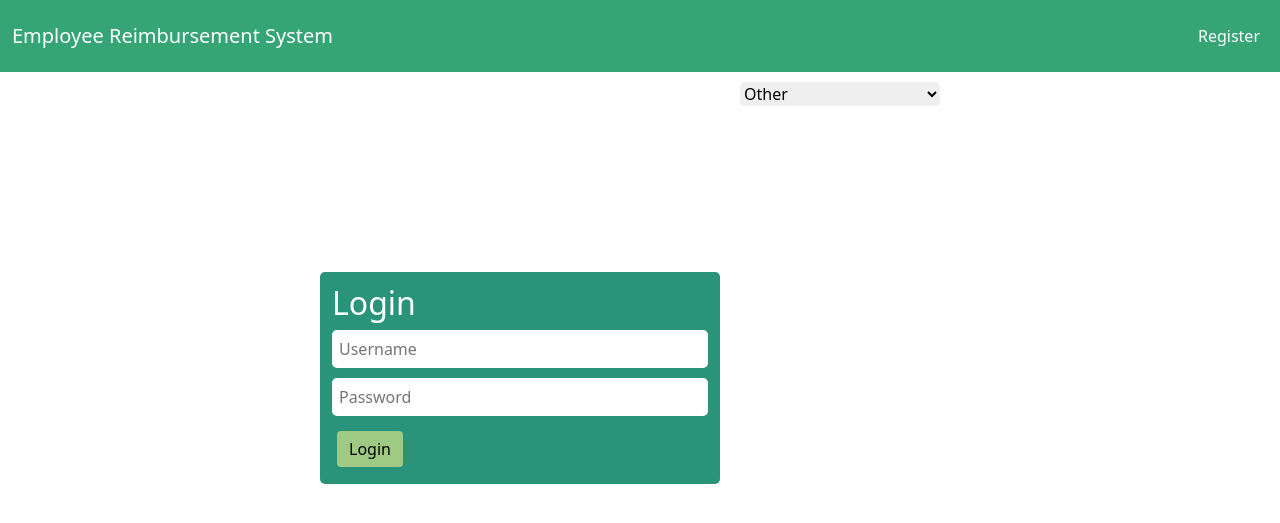
Repository: ChrisRod1212/FullStackJavaProject1
Page: src/main/resources/index.html
The author's editor kept a copy of each file at every save. The page is drawn from the files as they stood at one save, then again after a run of saves.
The browser window is 1280 px wide. The pictures show the whole page.

Above is the page before, as saved 2022-03-24 23:15:59.

### src/main/resources/index.html
<!DOCTYPE html>
<html lang="en">
<head>
    <meta charset="UTF-8">
    <meta http-equiv="X-UA-Compatible" content="IE=edge">
    <meta name="viewport" content="width=device-width, initial-scale=1.0">
    <title>Employee Reimbursement System</title>

    <link href="https://cdn.jsdelivr.net/npm/bootstrap@5.1.3/dist/css/bootstrap.min.css" rel="stylesheet" integrity="sha384-1BmE4kWBq78iYhFldvKuhfTAU6auU8tT94WrHftjDbrCEXSU1oBoqyl2QvZ6jIW3" crossorigin="anonymous">
    <link rel="stylesheet" href="./styles.css">
    <link rel="stylesheet" href="./global/styles.css">

</head>
<body>
    <nav class="navbar navbar-expand-lg navbar-dark" style="background-color: rgb(53,165,118);">
        <div class="container-fluid">
          <a class="navbar-brand" href="#">Employee Reimbursement System</a>
          <div class="navbar" id="navbarSupportedContent">
            <ul class="navbar-nav me-auto mb-2 mb-lg-0">
              <li class="nav-item">
                <a class="nav-link active" aria-current="page" href="./register/index.html">Register</a>
              </li>
            </ul>
          </div>
        </div>
      </nav>

<!-- Login Form -->

      <div id="login-container">
          <form id="login-form" >
              <h2>Login</h2>
            <div>
                <input type="text" id="username" placeholder="Username">
            </div>
            <div>
                <input type="text" id="password" placeholder="Password">
            </div>
            <div id="message"></div>

            <div>
                <button class="btn">Login</button>
            </div>
          </form>

          <div>
            <form>
              <select class= "form-input" id="Approve/Deny" placeholder="Reimbursement Type" >
                <option value=4>Other</option>
                <option value=0>Transportation</option>
                <option value=1>Food</option>
                <option value=2>Lodging</option>
                <option value=3>Medical</option>
              </select>
            </form>
          </div>
      </div>
    <script src="https://cdn.jsdelivr.net/npm/bootstrap@5.1.3/dist/js/bootstrap.bundle.min.js" integrity="sha384-ka7Sk0Gln4gmtz2MlQnikT1wXgYsOg+OMhuP+IlRH9sENBO0LRn5q+8nbTov4+1p" crossorigin="anonymous"></script>
    <script src="./script.js"></script>
  </body>
</html>

### src/main/resources/styles.css
#login-container{
    display: flex;
    justify-content: center;
}

#login-form{
    background-color: rgb(41, 148, 121);
    padding: 12px;
    margin-top: 200px;
    width: 400px;
    border-radius: 5px;
    color: rgb(255, 255, 255);
}

#login-form input{
    width: 100%;
    margin-bottom: 10px;
    padding: 7px;
    border: none;
    border-radius: 5px;
}

### src/main/resources/global/styles.css

.btn{
    background-color: rgb(158, 202, 131);
    border: none;
    color: rgb(0, 0, 0);
    transition-duration: 100ms;
    margin: 5px;
}
.btn:hover{
    background-color: rgb(177, 228, 82);
    color: rgb(0, 0, 0);
}
.btn:active{
    background-color: rgb(158, 202, 131);
    border:none;
}

.container{
    width: 98%;
    min-width: none;
    max-width: none;
    max-height: 100%;
    background-color: rgb(41,148,121);
    margin-top: 1%;
    margin-left: 1%;
    margin-right: 1%;
    margin-bottom: 1%;
    color: rgb(255, 255, 255);
    padding: 15px;
    display:flex;
    flex-flow: row wrap;
    justify-content: space-evenly;
    column-gap: 5px;


}
.form-input{
    border-radius: 5px;
    border: none;
    margin: 5px;
    margin-left: 20px;
    margin-right: 20px;
    margin-top: 10px;
    width: 200px;
}

.row{
    margin-bottom: 10px;
}

.nav-link{
    border: 1px;
}

#reimbursements-container{
    height: 90%;
    max-height: auto;
    background-color: rgb(125, 194, 98)
    ;
    margin: 5px;
    margin-right: 10px;
    display: flex;
    flex-flow: column;
    padding-left: 50px;
    padding-right: 50px;
    width: 1000px;
    border-radius: 25px;
}
.reimb-card{
    position: relative;
    background-color: rgb(206, 206, 206);

    width: 100%;
    height: auto;
    padding: 15px;
    margin: 10px;
    margin-top: 20px;
    border-radius: 6px;

    display: flex;
    flex-direction: column;
    justify-content: space-between;
}
.reimb-title{
    text-align: center;
    font-size: 16px;
    font-weight: bold;
}
.reimb-amount{
    text-align: center;
    font-size: 16px;
    font-weight: bold;
}
.reimb-author{
    text-align: center;
    font-size: 20px;
    font-weight: bold;
}
.reimb-status{
    text-align: center;
    font-size: 16px;
    font-weight: bold;
}

#reimb-description{
    margin: 5px;
    width: 100%;
    text-align: center;
    font-size: 24px;
}
#approveDeny{
    display: flex;
    flex-flow: column;

    text-align: center;
}
.reimb-label-left{
    text-align: left;
    font-size: 22px
}
.reimb-label-right{
    text-align: right;
    font-size: 22px
}
.container-row{
    display: flex;
    justify-content: space-between;
}
#reimb-container{
    background-color: rgb(114, 184, 129)
    ;
    margin: 5px;
    display: flex;
    flex-flow: column;
    padding-left: 50px;
    padding-right: 50px;
    width: 100%
}

### src/main/resources/script.js
document.getElementById("login-form").addEventListener("submit", async function (event) {
    event.preventDefault();
    //get values of elements
    let usernameInputElem = document.getElementById("username");
    let passwordInputElem = document.getElementById("password");
    //put values into json notation
    let user = {
        username: usernameInputElem.value,
        password: passwordInputElem.value
    }
    //send http request
    let response = await fetch("http://localhost:9001/session", {
        method: "POST",
        body: JSON.stringify(user) //passing json user
    })
    //awaiting response from server
    let responseBody = await response.json();


    if(responseBody.success == false) {
        let messageElem = document.getElementById("message")
        messageElem.innerText = responseBody.message
    }else{
        //window.location = "./dashboard?userId="+responseBody.data.ers_users_id

        if(responseBody.data.role == 0){
            window.location = "./managerdashboard/?userId="+responseBody.data.userId
        }else{
            window.location = "./dashboard/?userId="+responseBody.data.userId
            console.log("User ID: "+responseBody.data.userId)
            console.log("User Role: "+responseBody.data.role)
        }
    }

/*     console.log(usernameInputElem.value, passwordInputElem.value);
 */
})

After the next 6 saves:
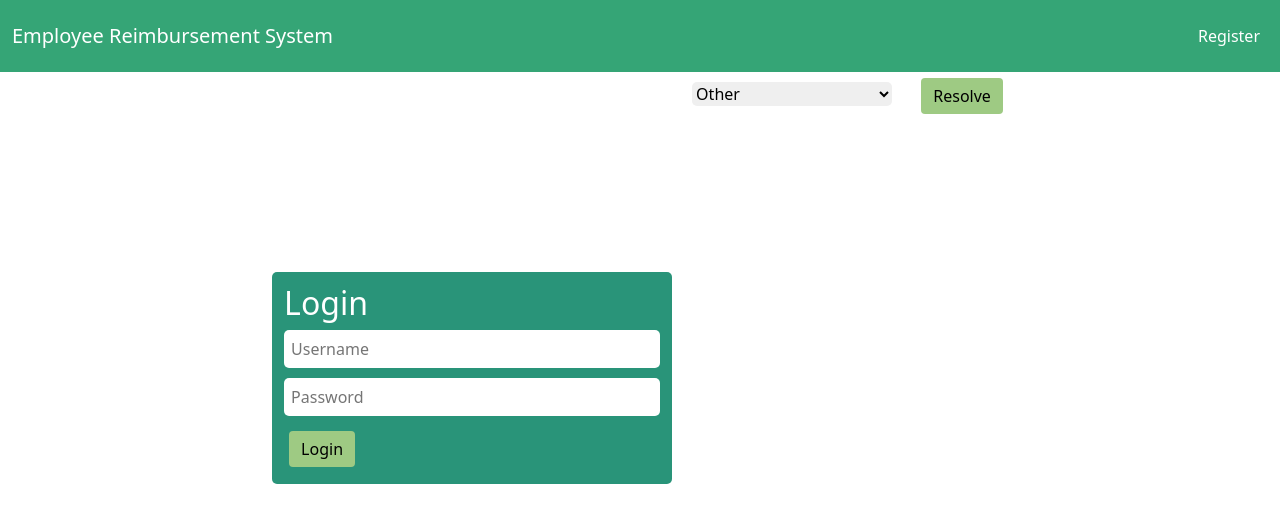
The 6 saves are shown as one change because they came seconds apart.
The last was saved 18 s later.
--- a/src/main/resources/index.html
+++ b/src/main/resources/index.html
@@ -52,6 +52,7 @@
                 <option value=2>Lodging</option>
                 <option value=3>Medical</option>
               </select>
+              <button class="btn">Resolve</button>
             </form>
           </div>
       </div>
